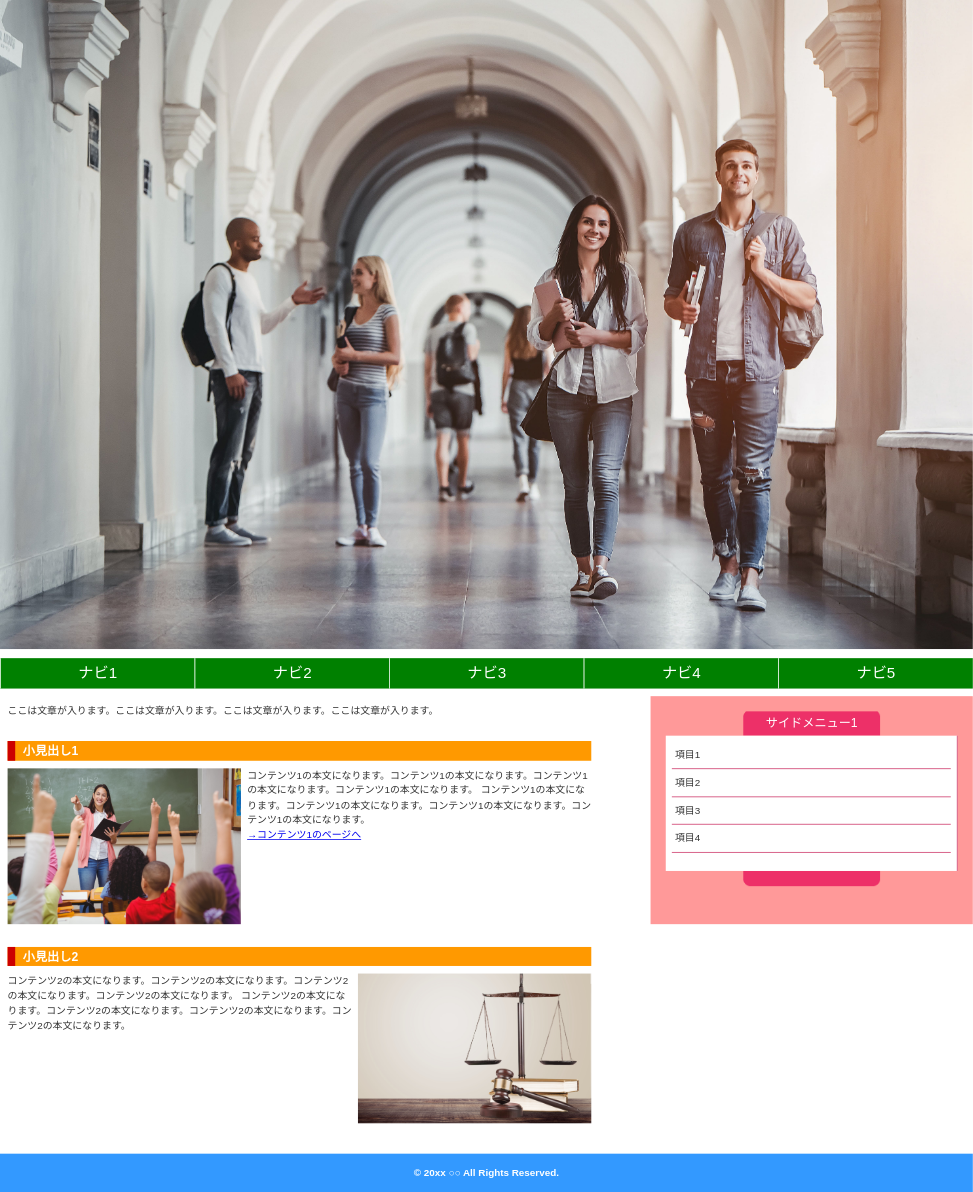
Repository: IzIzKen/samurai_HTML-CSS
Page: HTML CSSを学びWebプログラミングの第一歩を踏み出そう/11章 メインメニュー・サイドメニューの実装/home.html
The author's editor kept a record of every edit. The page is drawn from the files as they stood at one moment, then again after the next edit.
The browser window is 1280 px wide. The pictures show the whole page, at 76% of full size.

Above is the page before.

### HTML CSSを学びWebプログラミングの第一歩を踏み出そう/11章 メインメニュー・サイドメニューの実装/home.html
<!DOCTYPE html>
<html lang="ja">
    <meta charset="UTF-8">
    <title>HTML/CSSの学習</title>
    <link rel="stylesheet" href="stylesheet.css">
</head>
<body>
    <div id="header">
        <h1><a href="index.html"><img id="corridor" src="images/corridor.jpeg" alt="大学の廊下" /></a></h1>
    </div>
    <div id="wrapper">
        <div id="nav">
            <ul>
                <li><a href="home.html">ナビ1</a></li>
                <li><a href="#">ナビ2</a></li>
                <li><a href="#">ナビ3</a></li>
                <li><a href="#">ナビ4</a></li>
                <li><a href="#">ナビ5</a></li>
            </ul>
        </div>
    </div>
    <div id="container">
        <div id="main">
            <div class="post">
                <p>ここは文章が入ります。ここは文章が入ります。ここは文章が入ります。ここは文章が入ります。</p>
            </div>
            <div class="post clearfix">
                <h2>小見出し1</h2>
                <img class="left" src="images/classroom.jpeg" alt="授業風景" />
                <p>
                    コンテンツ1の本文になります。コンテンツ1の本文になります。コンテンツ1の本文になります。コンテンツ1の本文になります。
                    コンテンツ1の本文になります。コンテンツ1の本文になります。コンテンツ1の本文になります。コンテンツ1の本文になります。
                </p>
                <p><a href="#">→コンテンツ1のページへ</a></p>
            </div>
            <div class="post clearfix">
                <h2>小見出し2</h2>
                <img class="right" src="images/scale.jpeg" alt="天秤" />
                <p>
                    コンテンツ2の本文になります。コンテンツ2の本文になります。コンテンツ2の本文になります。コンテンツ2の本文になります。
                    コンテンツ2の本文になります。コンテンツ2の本文になります。コンテンツ2の本文になります。コンテンツ2の本文になります。
                </p>
            </div>
        </div>
        <div id="side">
            <div class="box">
                <h2>サイドメニュー1</h2>
                <div class="boxBody">
                    <ul>
                        <li>項目1</li>
                        <li>項目2</li>
                        <li>項目3</li>
                        <li>項目4</li>
                    </ul>
                </div>
            </div>
        </div>
    </div>
    <div id="footer">
        <p>&copy; 20xx ○○ All Rights Reserved.</p>
    </div>
</body>
</html>

### HTML CSSを学びWebプログラミングの第一歩を踏み出そう/11章 メインメニュー・サイドメニューの実装/stylesheet.css
@charset "utf-8";

body {
    margin: 0;
    padding: 0;
    font-family: "ヒラギノ角ゴ Pro W3", "Hiragino Kaku Gothic Pro", "メイリオ", Meiryo, Osaka, "ＭＳ Ｐゴシック", "MS PGothic", sans-serif;
    color: #333;
    font-size: 13px;
    line-height: 150%;
}

/* -------------------- wrapper -------------------- */
#wrapper {
    width: 100%;
    margin: auto;
    padding: 0px;
    border: 0px;
    background-color: #FFF;
    top: 10px;
    position: relative;
}

/* -------------------- header -------------------- */
#header {
    width: 100%;
}
#header h1 {
    margin: 0;
    padding: 0;
}

#corridor {
    width: 100%;
    height: auto;
}

/* -------------------- footer -------------------- */
#footer {
    clear: both;
    width: 100%;
    padding: 3px 0 3px 0;
    background: #39F;
    color: #FFF;
    font-weight: bold;
    text-align: center;
}

/* -------------------- nav -------------------- */
#nav {
    width: 100%;
}
#nav ul {
    margin: 0;
    padding: 0;
    list-style-type: none;
}
#nav ul li {
    float: left;
    width: 20%;
    text-align: center;
}
#nav ul li a {
    display: block;
    height: 20px;
    margin: 0;
    padding: 10px;
    color: #FFF;
    font-size: 20px;
    text-decoration: none;
    background-color: green;
    border-left: 1px solid white;
}

/* -------------------- container -------------------- */
#container {
    width: 100%;
    margin: auto;
    padding-top: 20px;
    clear: both;
}
/* -------------------- main -------------------- */
#main {
    float: left;
    width: 60%;
    padding: 10px 30px 10px 10px;
}
#main h2 {
    margin: 0 0 10px 0;
    padding: 3px 10px 3px 10px;
    color: #FFF;
    font-size: 16px;
    border-left: solid 10px #C00;
    background-color: #F90;
}
#main p {
    margin: 0;
    padding: 0;
}
#main .post {
    margin: 0 0 30px 0;
}

#main .post img.right {
    margin: 0 0 0 8px;
}
#main .post img.left {
    margin: 0 8px 0 0 ;
}

.right {
    float: right;
    width: 40%;
    height: auto;
}
.left {
    float: left;
    width: 40%;
    height: auto;
}

/* -------------------- clearfix -------------------- */
.clearfix {
    zoom: 1;
}
.clearfix:after{
    content: "";
    display: block;
    clear: both;
}

/* -------------------- side -------------------- */
#side {
    float: right;
    width: 30%;
    padding: 20px;
    background-color: #F99;
}
#side .box {
    margin: 0 auto 30px auto;
    padding: 0 0 20px 0;
    background: url(images/side_box.png) bottom no-repeat;
}
#side .box h2 {
    margin: 0;
    padding: 8px;
    text-align: center;
    color: #fff;
    font-size: 16px;
    line-height: 16px;
    font-weight: normal;
    background: url(images/side_box_h2.png) center no-repeat;
}
#side .box .boxBody {
    padding: 8px;
    border-right: solid 1px #C36;
    background: #fff;
}
#side .box .boxBody ul {
    margin: 0 0 16px 0;
    padding: 0;
}
#side .box .boxBody ul li {
    padding: 8px 0 8px 4px;
    list-style: none;
    border-bottom: solid 1px #C36;
}

After the next edit:
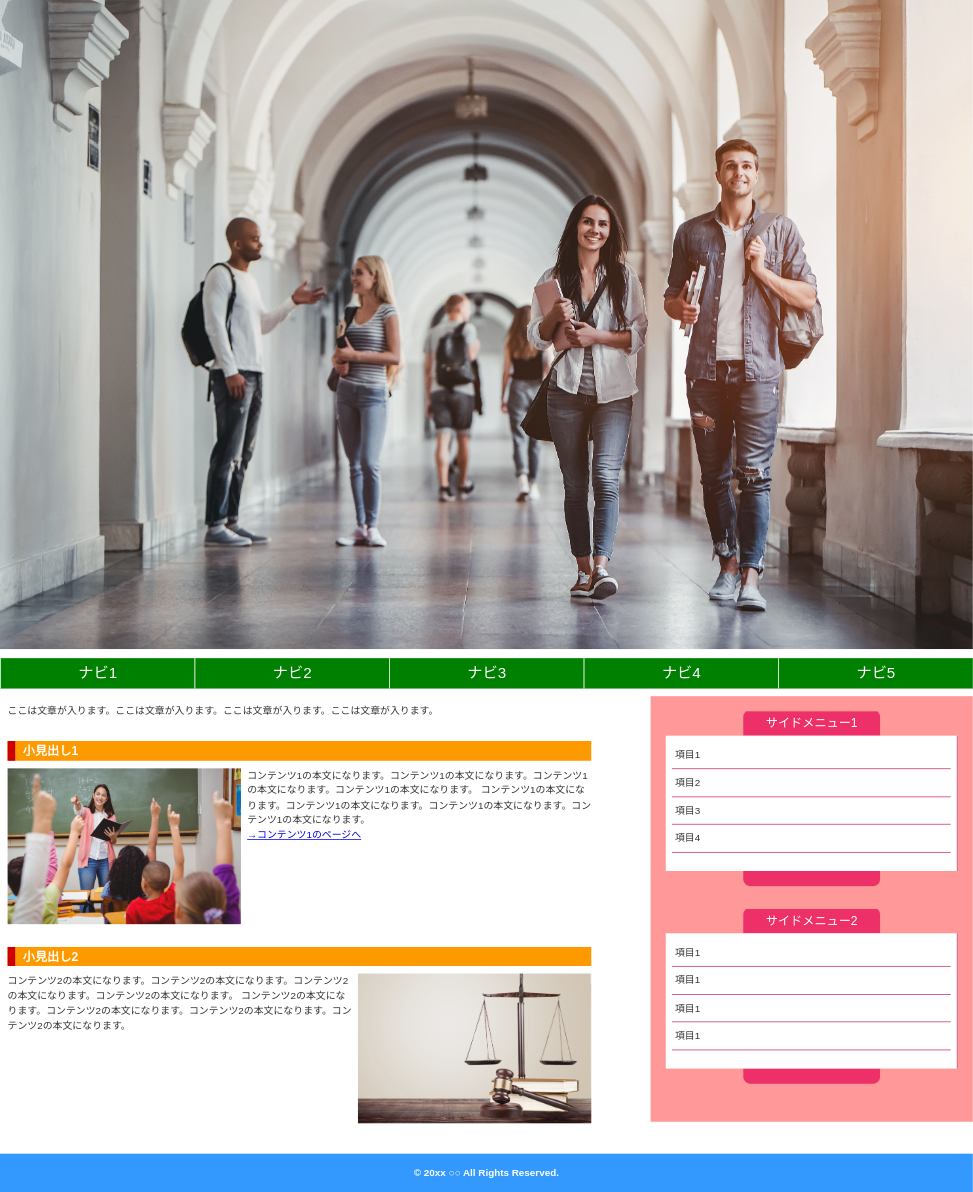
The edit:
--- a/HTML CSSを学びWebプログラミングの第一歩を踏み出そう/11章 メインメニュー・サイドメニューの実装/home.html
+++ b/HTML CSSを学びWebプログラミングの第一歩を踏み出そう/11章 メインメニュー・サイドメニューの実装/home.html
@@ -54,6 +54,17 @@
                     </ul>
                 </div>
             </div>
+            <div class="box">
+                <h2>サイドメニュー2</h2>
+                <div class="boxBody">
+                    <ul>
+                        <li>項目1</li>
+                        <li>項目1</li>
+                        <li>項目1</li>
+                        <li>項目1</li>
+                    </ul>
+                </div>
+            </div>
         </div>
     </div>
     <div id="footer">
